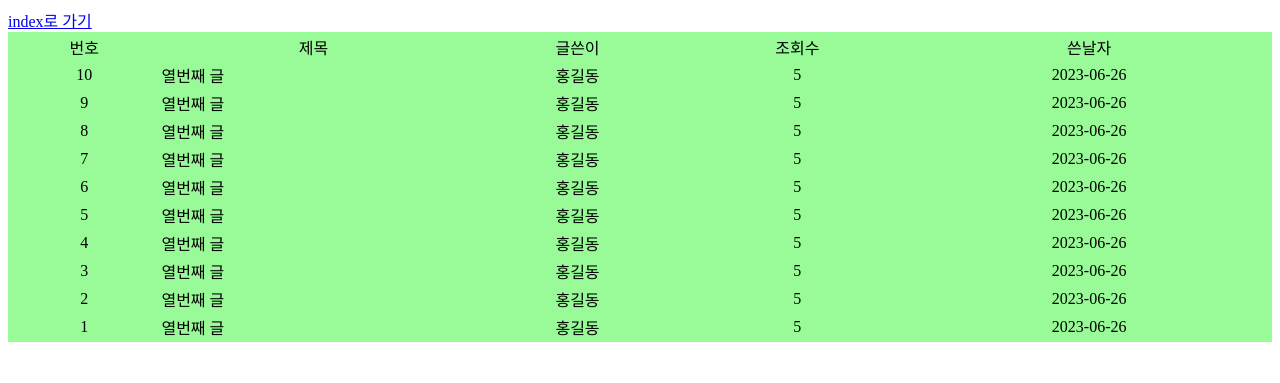
Repository: popll1/Pleiades
Page: http://localhost/jun261/main.jsp
An editor plug-in stored every save of this project. The page is shown before and after the next save, followed by the edit.
The browser window is 1280 px wide. The pictures show the whole page.
The page is served by Tomcat 9.

Above is the page before, as saved 2023-06-26 06:30:26.

After the next save:
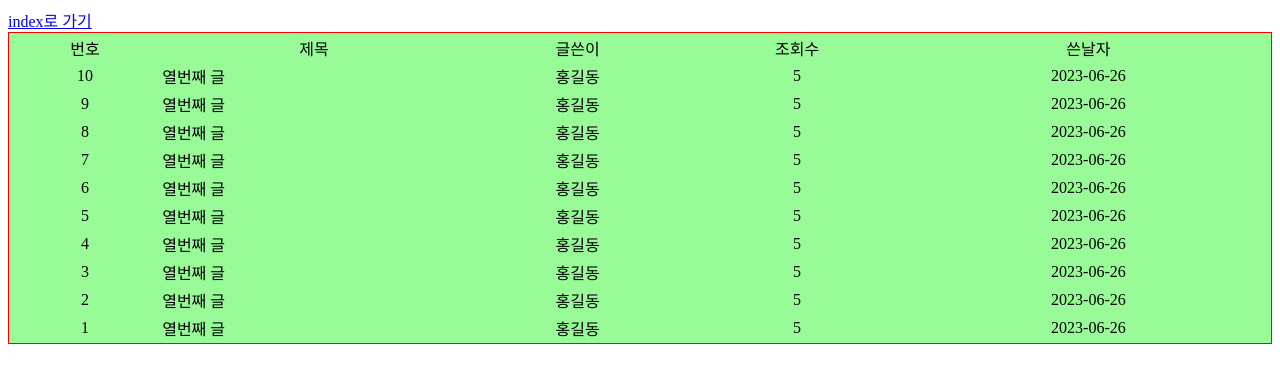
Saved 22 s later.
--- a/jun261/src/main/webapp/main.jsp
+++ b/jun261/src/main/webapp/main.jsp
@@ -11,7 +11,7 @@
     width : 100%;
     height: 500px;
     background-color: gray;
-
+    border : 1px solid red;
  }
  td {
     text-align: center;
